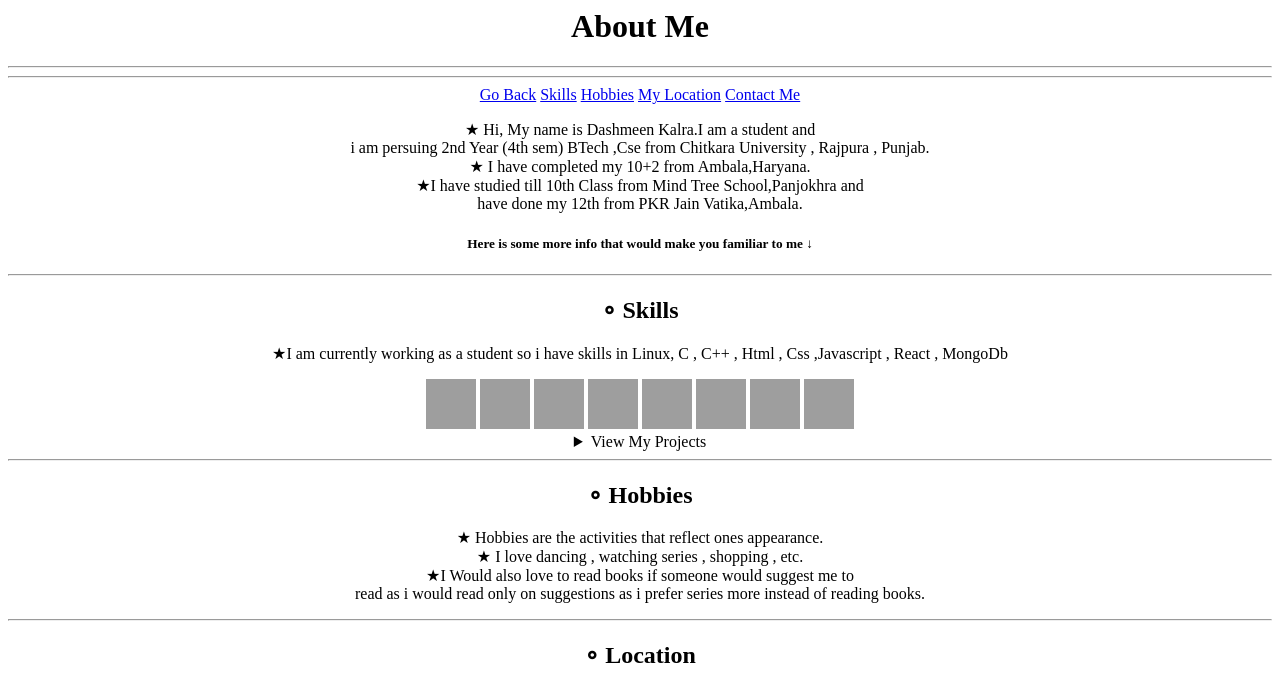
Repository: dashmeenkalra/dashmeen_kalra
Page: first.html
The author's editor kept a copy of each file at every save. The page is drawn from the files as they stood at one save, then again after the next save.
The browser window is 1280 px wide. The pictures show the part of the page from y = 0 to 689 px (the page is 1207 px tall).
Pictures or frames that could not be fetched are drawn as grey boxes.

Above is the page before, as saved 2023-02-22 20:23:17.

### first.html
<html>
    <head>
        <link rel="icon" type="image/x-icon" href="https://th.bing.com/th/id/R.fd5a137d4cc43657449836c511c422e1?rik=xs4NJnZD7SrL9w&riu=http%3a%2f%2fcdn.onlinewebfonts.com%2fsvg%2fimg_24787.png&ehk=XT7ycIEO1QBstZHkYYA%2fmHm7bSjaBM1nSo61Bl%2bnJSs%3d&risl=&pid=ImgRaw&r=0">
        <title>
            About Me
        </title>
    </head>
    <body>
        <header>
        <header id ="header">
        <center>
        <h1 style="color: ;"> About Me </h1><hr/><hr/>
        <a href ="profile.html" >Go Back</a>
        <a href="#skills" >Skills</a>
        <a href="#hobbies" >Hobbies</a>
        <a href="#mylocation" >My Location</a>
        <a href="#contactme" >Contact Me</a>
        </header>
        <center>
       <p>
        <span> &bigstar; Hi, My name is Dashmeen Kalra.I am a student and </br> i am persuing 2nd Year (4th sem) BTech ,Cse from Chitkara University , Rajpura , Punjab.</br>&bigstar; I have completed my 10+2 from Ambala,Haryana.</br>
            &bigstar;I have studied till 10th Class from Mind Tree School,Panjokhra and</br> have done my 12th from PKR Jain Vatika,Ambala.</br>
       <h5 style=" font:bold;">  Here is some more info that would make you familiar to me &DownArrow;</h5>
       </span>
       </p>
       </center>
    <hr/>
    </body>
        <center>
            <div id="skills">
            <h2>
                &SmallCircle; Skills
            </h2>
            <p>&bigstar;I am currently working as a student so i have skills in Linux, C , C++ , Html , Css ,Javascript , React , MongoDb</p>
            <img src="https://th.bing.com/th/id/OIP.N1aPrczytmOFgXqnXVHWTwHaIL?w=197&h=218&c=7&r=0&o=5&dpr=1.7&pid=1.7" alt="linux" height="50" width="50"/>
            <img src=" https://th.bing.com/th/id/OIP.w9AIOO6Cfup6aToV1E-dEQHaIr?pid=ImgDet&rs=1" alt="C" height="50" width="50"/>
            <img src="https://th.bing.com/th/id/OIP.bWumUpOSAGoqpVsO18ef2wHaHX?w=229&h=220&c=7&r=0&o=5&dpr=1.7&pid=1.7" alt="C++" height="50" width="50"/>
            <img src="https://cdn-icons-png.flaticon.com/512/732/732212.png" alt="html" height="50"width="50"/>
            <img src="https://cdn.pixabay.com/photo/2017/08/05/11/16/logo-2582747_960_720.png"
             alt ="css" height="50"width="50"/>
            <img src="https://www.citypng.com/public/uploads/preview/js-javascript-round-logo-icon-png-11662226392lsrrajcm0y.png" alt="javascript"  height="50"width="50"/>
            <img src ="https://cdn1.iconfinder.com/data/icons/soleicons-solid-vol-1/64/reactjs_javascript_library_atom_atomic_react-512.png" alt="react" height="50"width="50"/>
            <img src="https://www.opc-router.de/wp-content/uploads/2021/03/mongodb_thumbnail.png" alt="mongoDb" height="50"width="50"/>
            <details>
                <summary> View My Projects</summary>
                <p> I Will Provide Links After Completing projects</p>
            </details>
            <hr/>
            </div>
            <div id="hobbies">
            <h2>
                &SmallCircle; Hobbies
            </h2>
            <p>&bigstar; Hobbies are the activities that reflect ones appearance. </br> &bigstar; I love dancing , watching series , shopping , etc.</br>
            &bigstar;I Would also love to read books if someone would suggest me to</br> read as i would read only on suggestions as i prefer series more instead of reading books.
            </p>
            <hr/>
            </div>
            <div id="mylocation">
            <h2>
                &SmallCircle; Location
            </h2>
            <iframe src="https://www.google.com/maps/embed?pb=!1m18!1m12!1m3!1d110152.16762166744!2d76.70738530688229!3d30.372109374687426!2m3!1f0!2f0!3f0!3m2!1i1024!2i768!4f13.1!3m3!1m2!1s0x390fb62a421e6f11%3A0xebd28a29f7258d14!2sAmbala%2C%20Haryana!5e0!3m2!1sen!2sin!4v1677039049525!5m2!1sen!2sin" width="500" height= "300" style="border:0;" allowfullscreen="" loading="lazy" referrerpolicy="no-referrer-when-downgrade"></iframe>
            <hr/>
            </div>
            <div id="contactme">
            <h2>
                &SmallCircle; Contact Me &phone;
            </h2>

            <a href="https://github.com/dashmeenkalra"
            target="_blank"><img src="https://clipground.com/images/github-icon-clipart-7.png" alt="github" height="50" width = "50" /></a>
            <a href="https://www.linkedin.com/in/dashmeen-kalra-9309a722a/"
            target="_blank"><img src="https://th.bing.com/th/id/OIP.w_zDkEJ9aLiWR-g0rff8hwHaHa?pid=ImgDet&rs=1" alt="linkedin" height="50" width="50"/></a>
            <a href="https://stackoverflow.com/users/21198244/dashmeen"
            target = "_blank"><img src="https://th.bing.com/th/id/OIP.JyZctYsMq8H83u4Bn9kPOAHaC5?w=310&h=137&c=7&r=0&o=5&dpr=1.7&pid=1.7" alt="stackoverflow" height="50" width="50"/></a>
            <a href="dashmeenkalra21@gmail.com"
            target="_blank"><img src="https://th.bing.com/th/id/R.66cdca2a32dc3ffee6c16b1b39615096?rik=LPgeH3rxBq4QBA&riu=http%3a%2f%2fwww.clintonfitch.com%2fwp-content%2fuploads%2f2018%2f01%2fGmail-Icon.png&ehk=faQcrEq8H976O8CxSZcIBjaMzIGFMSDDtixcpxVRgrc%3d&risl=&pid=ImgRaw&r=0" alt="gmail" height="50" width="50"/></a>
            </div>
        </center>
        <footer>
            <center>
            <h5 style ="color:brown"> &copy; My Profile</h5>
            <a href="#header">Go to Top</a>
            </center>
        </footer>
    </body>
</html>

After the next save:
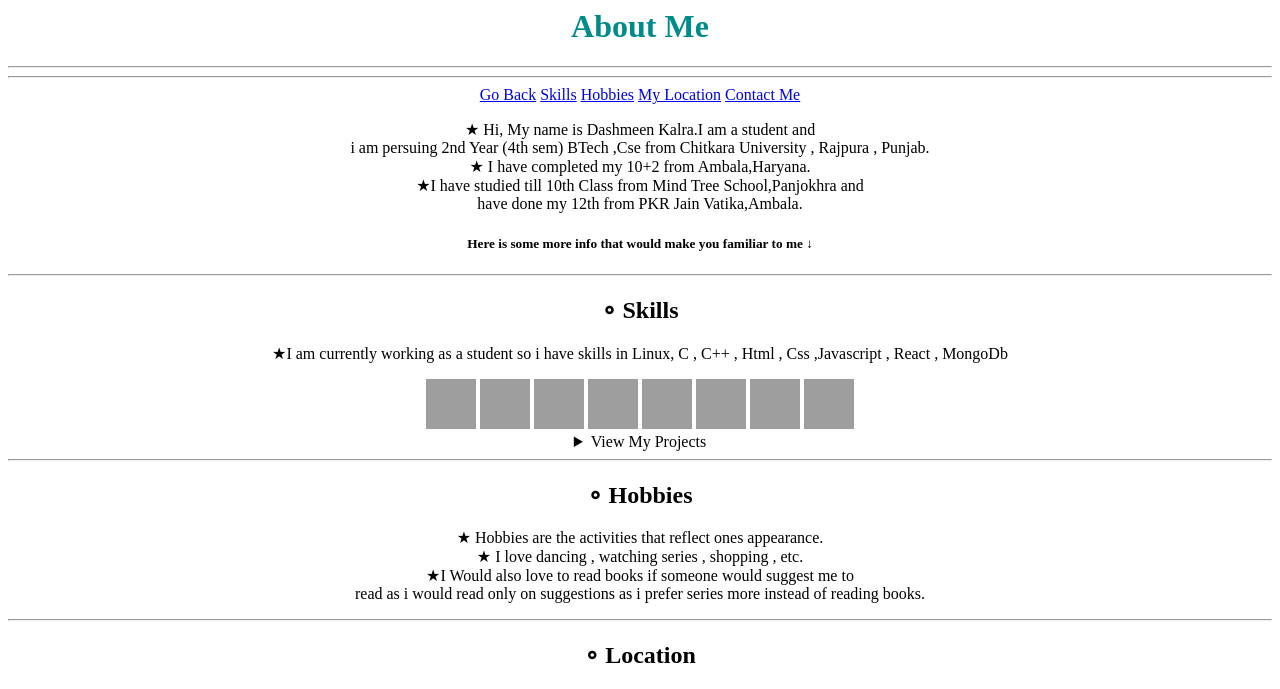
Saved 13 s later.
--- a/first.html
+++ b/first.html
@@ -9,7 +9,7 @@
         <header>
         <header id ="header">
         <center>
-        <h1 style="color: ;"> About Me </h1><hr/><hr/>
+        <h1 style="color: darkcyan;"> About Me </h1><hr/><hr/>
         <a href ="profile.html" >Go Back</a>
         <a href="#skills" >Skills</a>
         <a href="#hobbies" >Hobbies</a>
